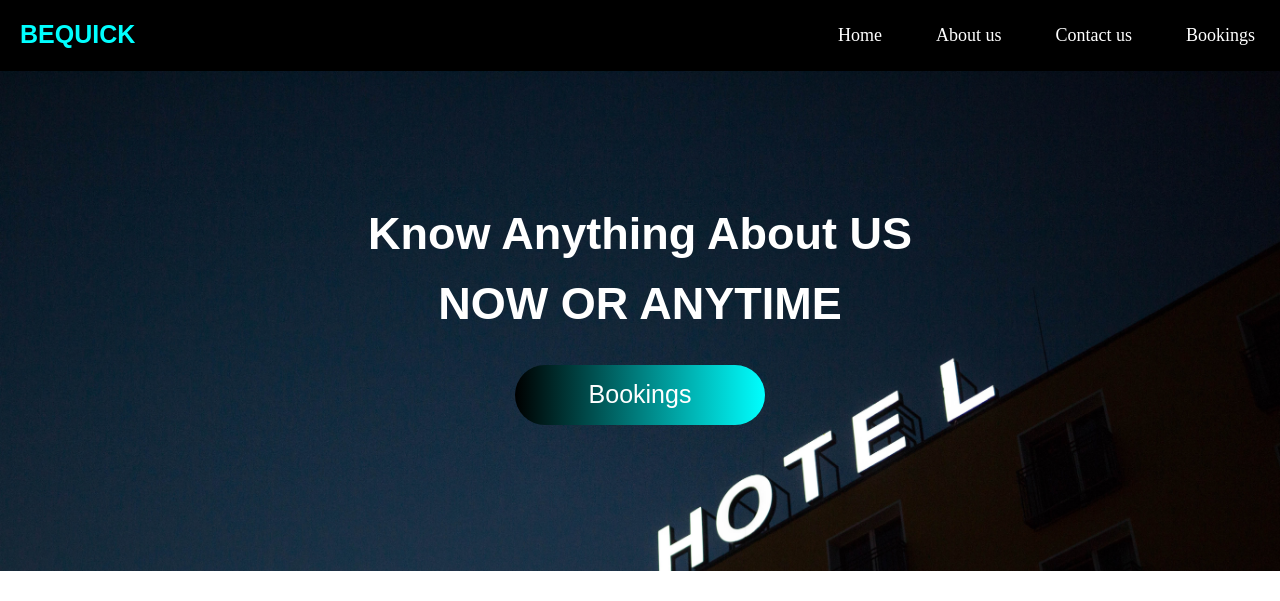
Repository: Ayushi6Sharma/BEQUICK_Hotel_Booking_Web
Page: html/aboutus.html
The author's editor kept a copy of each file at every save. The page is drawn from the files as they stood at one save, then again after the next save.
The browser window is 1280 px wide. The pictures show the part of the page from y = 0 to 601 px (the page is 1801 px tall).
A picture or video elsewhere on the page could not be fetched, so the positions and the page height are approximate.

Above is the page before, as saved 2022-05-12 02:15:35.

After the next save:
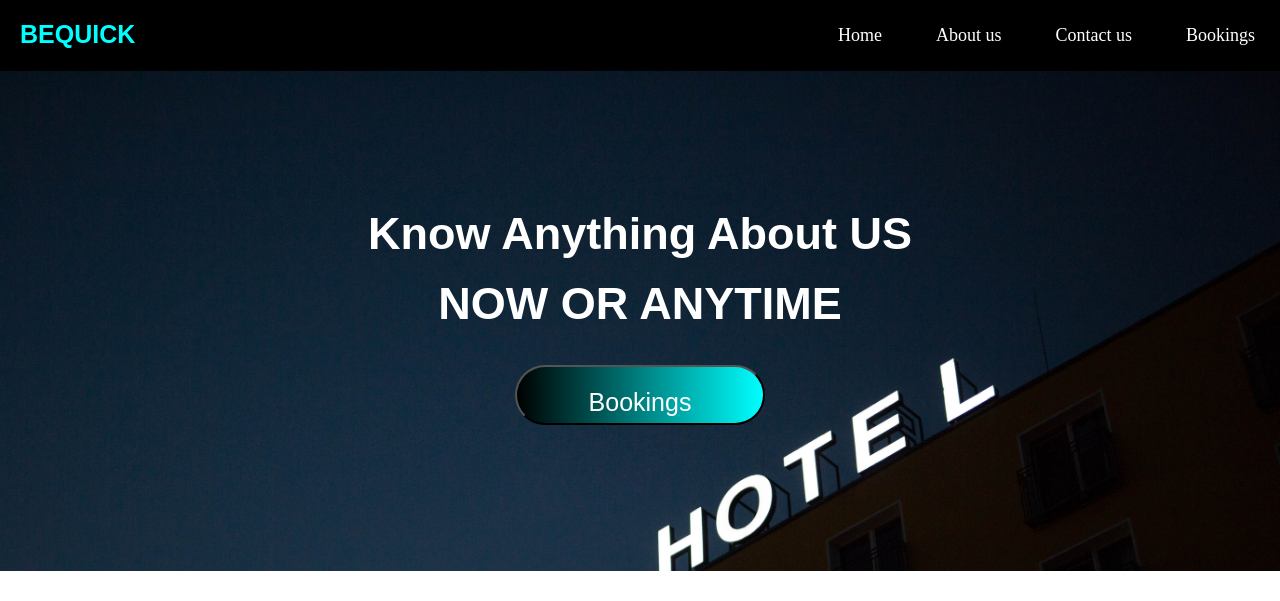
Saved 11 h 21 min later.
--- a/html/aboutus.html
+++ b/html/aboutus.html
@@ -27,7 +27,7 @@
                 Know Anything About US
                 <br>NOW OR ANYTIME
             </div>
-            <div class="bookings-btn">Bookings</div>
+            <button type="button" class="bookings-btn">Bookings</button>
         </section>
         <!--  section 2 -->
         <section class="section2">
